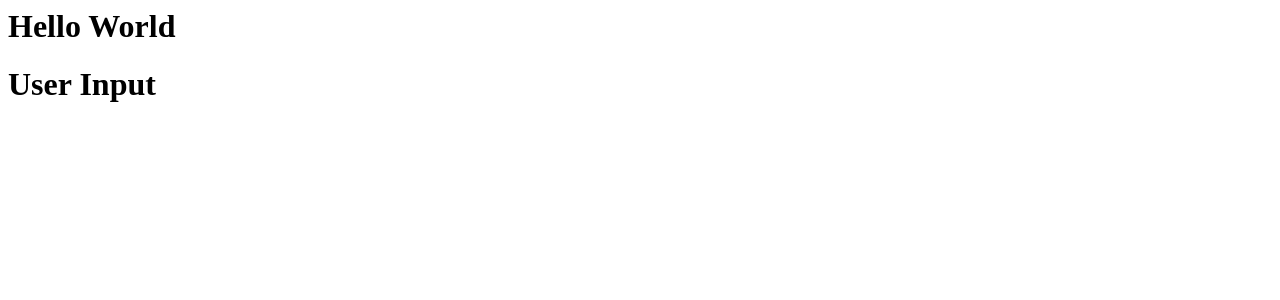
Repository: cheddartot/4830TE
Page: TEworkspace/WebContent/helloworld.html
These files come from the project's save history. The page is drawn as it stood at one moment and after the next save; the edit follows.
The browser window is 1280 px wide. The pictures show the whole page.

Above is the page before, as saved 2019-09-30 01:59:44.

### TEworkspace/WebContent/helloworld.html
<html>
<head>
<!-- stylesheet stuff in here -->
<style>

</style>
</head>

<body>
<header>
<h1> Hello World </h1>
</header>


<body>
	<h1>User Input</h1>
</body>

<footer>
<!-- footer info here if you care -->
</footer>
</body>
</html>

After the next save:
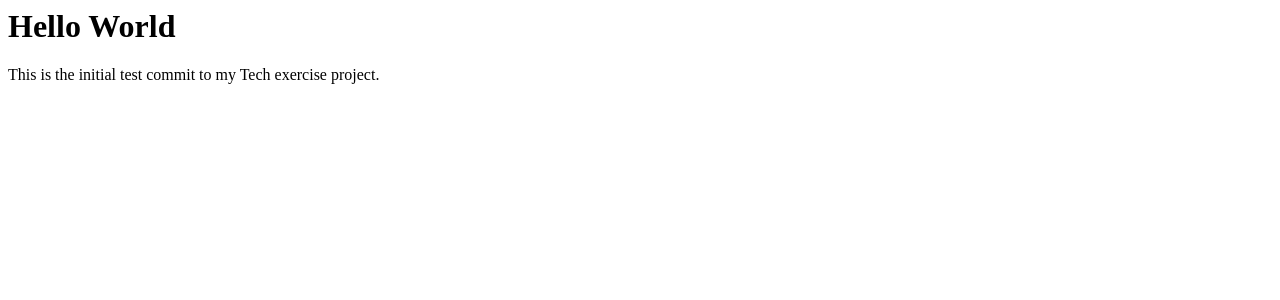
Saved 65 s later.
--- a/TEworkspace/WebContent/helloworld.html
+++ b/TEworkspace/WebContent/helloworld.html
@@ -7,13 +7,9 @@
 </head>
 
 <body>
-<header>
+<body>
 <h1> Hello World </h1>
-</header>
-
-
-<body>
-	<h1>User Input</h1>
+<p> This is the initial test commit to my Tech exercise project.</p>
 </body>
 
 <footer>
